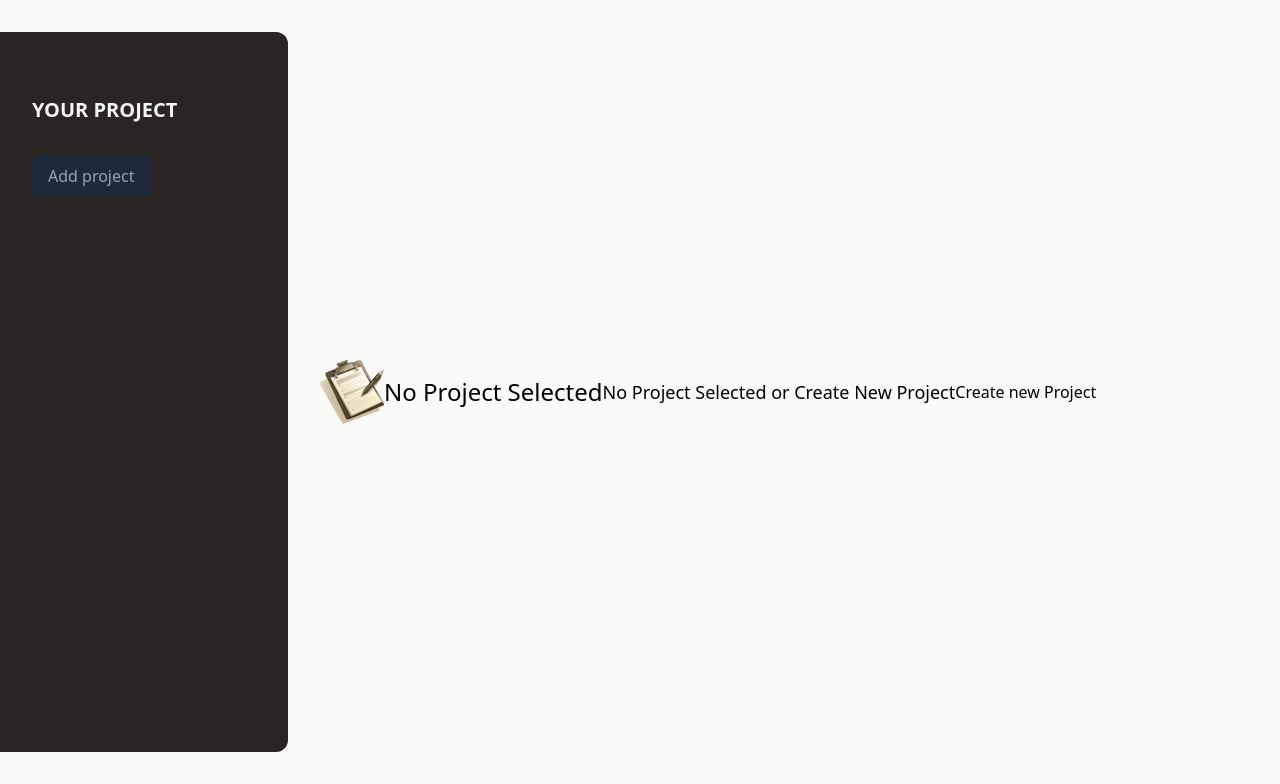
Repository: sibi24sibi/todo-list-using-reactjs
Page: /
These files come from the project's save history. The page is drawn as it stood at one moment and after the next save; the edit follows.
The browser window is 1280 px wide. The pictures show the whole page.
The project was rebuilt for these pictures with package versions that can differ from the ones it lists, and the page was loaded fresh each time. Also part of the build but not shown: vite.config.js, src/Components/Input.jsx, src/Components/NewProjects.jsx.

Above is the page before, as saved 2024-06-24 14:46:33.

After the next save:
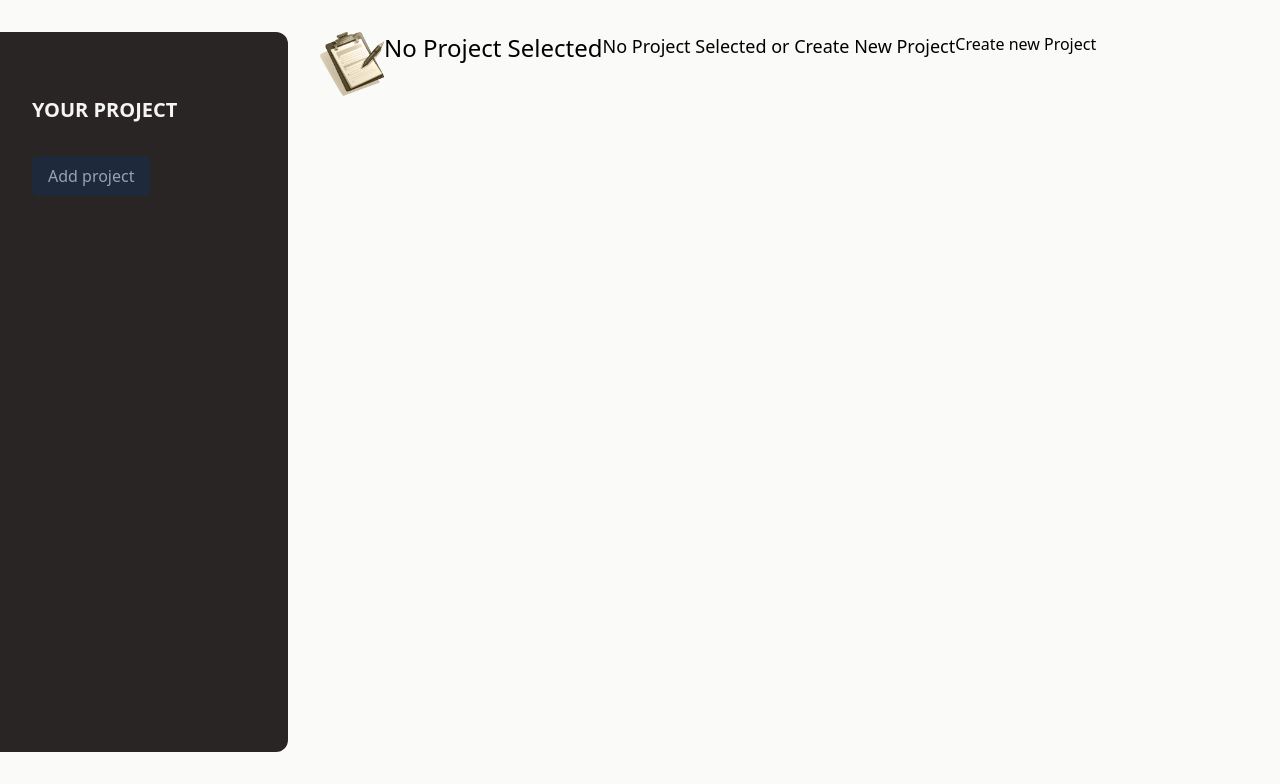
Saved 7 s later.
--- a/src/Components/NoProjects.jsx
+++ b/src/Components/NoProjects.jsx
@@ -2,7 +2,7 @@ import noProjects from "../assets/no-projects.png";
 
 export default function Noprojects() {
   return (
-    <div className="flex justify-center items-center">
+    <div className="flex justify-center">
       <img src={noProjects} alt="No Projects" className="w-16 h-16" />
       <h2 className="text-2xl ">No Project Selected</h2>
       <p className=" text-lg">No Project Selected or Create New Project</p>
